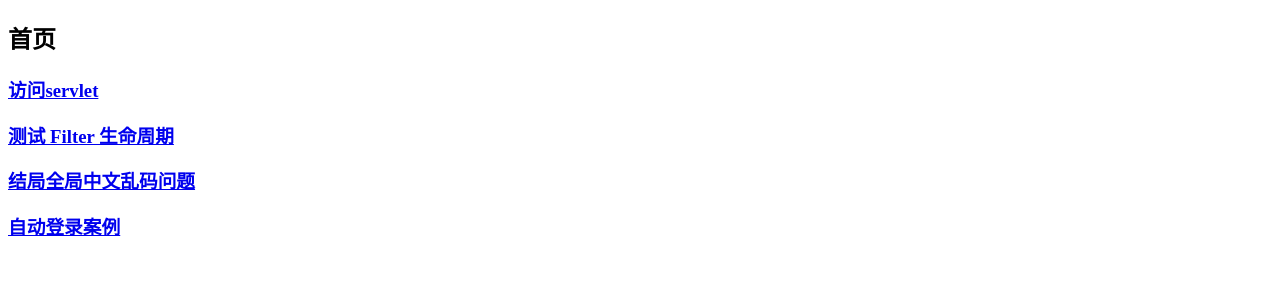
Repository: iamsongpeng/java-web-demo
Page: http://localhost/java-web-demo-filter/
An editor plug-in stored every save of this project. The page is shown before and after the next save, followed by the edit.
The browser window is 1280 px wide. The pictures show the whole page.
The page is served by Tomcat 9. Other server files are loaded and not shown.

Above is the page before, as saved 2017-06-12 16:38:24.

### java-web-demo-filter/WebContent/index.jsp
<%@ page language="java" contentType="text/html; charset=UTF-8"
    pageEncoding="UTF-8"%>
<!DOCTYPE html PUBLIC "-//W3C//DTD HTML 4.01 Transitional//EN" "http://www.w3.org/TR/html4/loose.dtd">
<html>
<head>
<meta http-equiv="Content-Type" content="text/html; charset=UTF-8">
<title>Insert title here</title>
</head>
<body>
	<h2>首页</h2>
	<h3><a href="${pageContext.request.contextPath }/hello">访问servlet</a></h3>
	<h3><a href="${pageContext.request.contextPath }/demo01/lifecycle.jsp">测试 Filter 生命周期</a></h3>
	<h3><a href="${pageContext.request.contextPath }/demo01/encoding.jsp">结局全局中文乱码问题</a></h3>
	<h3><a href="${pageContext.request.contextPath }/demo02/index.jsp">自动登录案例</a></h3>
</body>
</html>

After the next save:
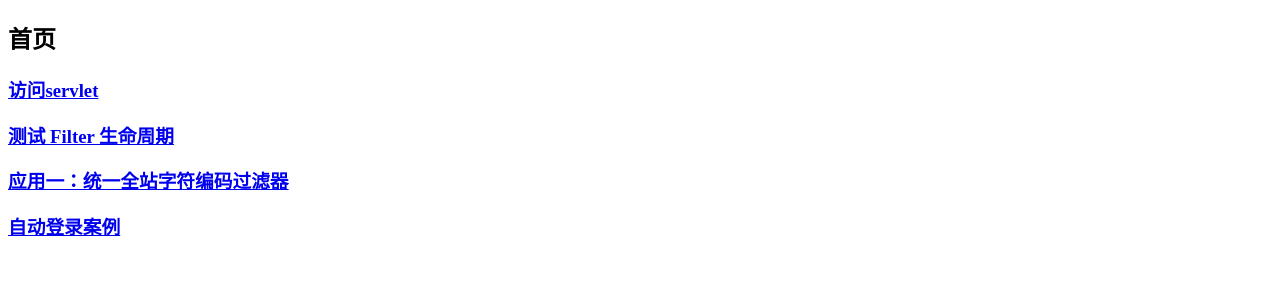
Saved 14 s later.
--- a/java-web-demo-filter/WebContent/index.jsp
+++ b/java-web-demo-filter/WebContent/index.jsp
@@ -10,7 +10,7 @@
 	<h2>首页</h2>
 	<h3><a href="${pageContext.request.contextPath }/hello">访问servlet</a></h3>
 	<h3><a href="${pageContext.request.contextPath }/demo01/lifecycle.jsp">测试 Filter 生命周期</a></h3>
-	<h3><a href="${pageContext.request.contextPath }/demo01/encoding.jsp">结局全局中文乱码问题</a></h3>
+	<h3><a href="${pageContext.request.contextPath }/demo01/encoding.jsp">应用一：统一全站字符编码过滤器</a></h3>
 	<h3><a href="${pageContext.request.contextPath }/demo02/index.jsp">自动登录案例</a></h3>
 </body>
 </html>
